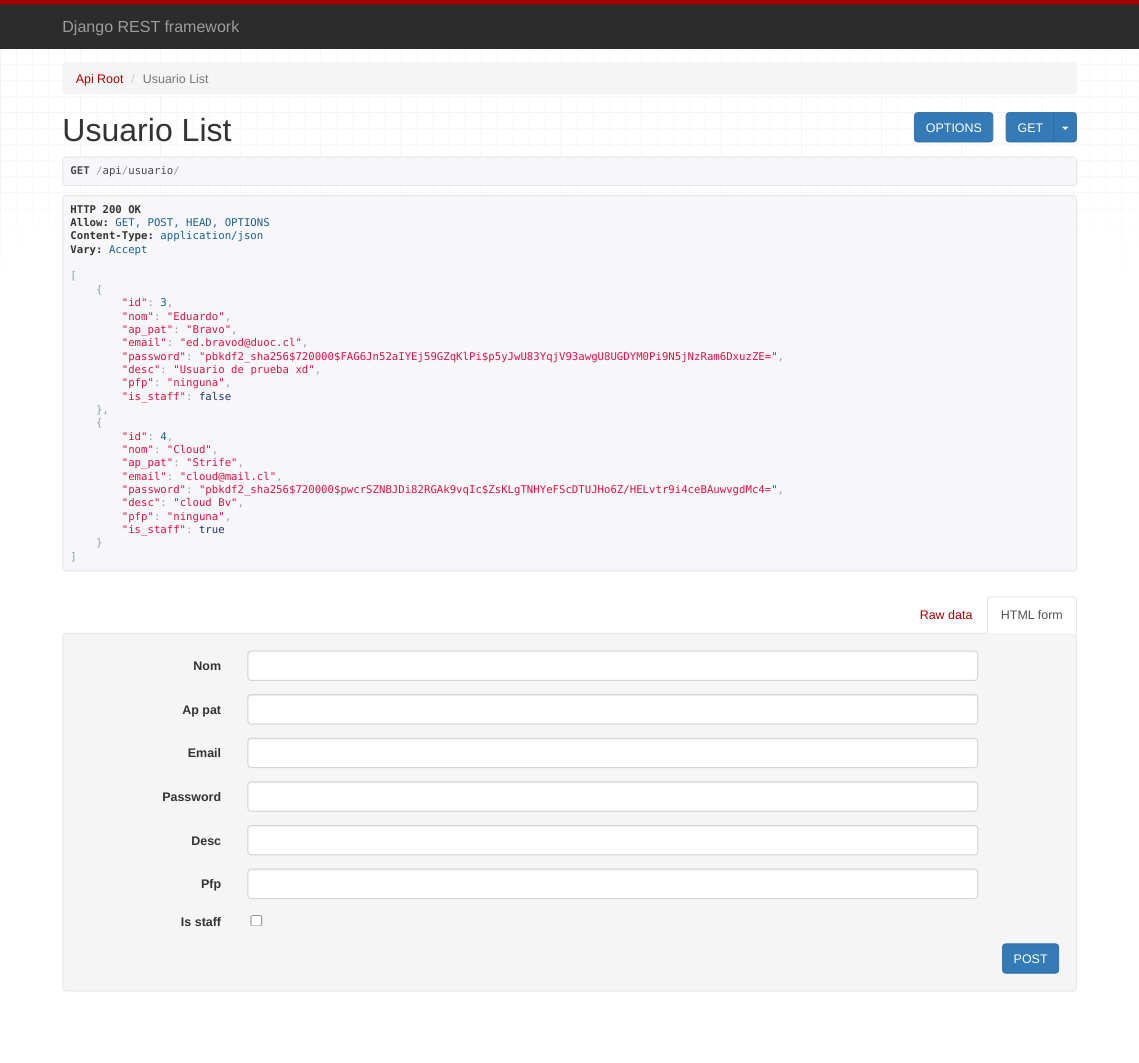
Repository: Eduloco420/django
Page: http://localhost/api/usuario/
These files come from the project's save history. The page is drawn as it stood at one moment and after the next save; the edit follows.
The browser window is 1280 px wide. The pictures show the whole page, at 89% of full size.
Backgrounds fixed to the window are drawn as part of the page. The page is served by the project's application, run on Django 5.2 (manage.py). Other server files are loaded and not shown. The page reads the database file committed with the project.

Above is the page before, as saved 2024-07-05 11:03:47.

### app/api.py
from .models import *
from rest_framework import viewsets, permissions
from .serializers import *

class usuarioViewSet(viewsets.ModelViewSet):
    queryset = Usuario.objects.all()
    permissions_classes = [permissions.AllowAny]
    serializer_class = usuarioSerializer

class arteViewSet(viewsets.ModelViewSet):
    queryset = Arte.objects.all()
    permissions_classes = [permissions.AllowAny]
    serializer_class = usuarioSerializer

### app/models.py
from django.db import models
from django.contrib.auth.models import AbstractBaseUser, UserManager, PermissionsMixin
from django.utils import timezone

# Create your models here.

class CustomUserManager(UserManager):
    def _create_user(self, email, password, **extra_fields):
        if not email:
            raise ValueError("favor ingresa un e-mail valido")

        email = self.normalize_email(email)
        user = self.model(email = email, **extra_fields)
        user.set_password(password)
        user.save(using=self._db)

        return user

    def create_user(self, email=None, password=None, **extra_fields):
        extra_fields.setdefault('is_staff', False)
        extra_fields.setdefault('is_superuser',False)
        return self._create_user(email,password,**extra_fields)

    def create_superuser(self, email=None, password=None, **extra_fields):
        extra_fields.setdefault('is_staff', True)
        extra_fields.setdefault('is_superuser',True)
        return self._create_user(email,password,**extra_fields)

class Usuario(AbstractBaseUser, PermissionsMixin):
    email = models.EmailField(default='', unique = True)

    nom = models.CharField(max_length=50, blank = True, null = True)
    ap_pat = models.CharField(max_length=50, blank = True, null = True)
    password = models.CharField(max_length=255)
    desc = models.CharField(max_length=400, blank = True, null = True)
    pfp = models.CharField(default="default.png", max_length=50, null= True)
    is_active = models.BooleanField(default=True)
    is_superuser = models.BooleanField(default=False)
    is_staff = models.BooleanField(default=False)

    date_joined = models.DateTimeField(default=timezone.now)
    last_login = models.DateTimeField(null=True, blank=True)


    objects = CustomUserManager()

    USERNAME_FIELD = 'email'
    EMAIL_FIELD = 'email'
    REQUIRED_FIELDS = []

    class Meta:
        verbose_name = 'User'
        verbose_name_plural = 'Users'

    def get_full_name(self):
        return self.nom

    def get_short_name(self):
        return self.nom or self.email.split('@')[0]




class Arte(models.Model):
    artista = models.ForeignKey(Usuario, on_delete=models.CASCADE)
    nom_arte = models.CharField(max_length=50)
    imagen_url = models.CharField(max_length=200)
    precio = models.IntegerField()
    desc = models.CharField(max_length=400)
    tec_usada = models.CharField(max_length=50)
    etiquetas = models.CharField(max_length=50)
    aprobado = models.BooleanField()
    vendido = models.BooleanField()

### app/serializers.py
from rest_framework import serializers
from .models import *

class usuarioSerializer(serializers.ModelSerializer):

    class Meta:
        model = Usuario
        fields = ('id','nom','ap_pat','email','password','desc','pfp','is_staff')

class arteSerializer(serializers.ModelSerializer):

    class Meta:
        model = Arte
        fields = ('id','nom_arte','imagen_url','precio','desc','tec_usada','etiquetas','aprobado','vendido')

### project/urls.py
"""
URL configuration for project project.

The `urlpatterns` list routes URLs to views. For more information please see:
    https://docs.djangoproject.com/en/5.0/topics/http/urls/
Examples:
Function views
    1. Add an import:  from my_app import views
    2. Add a URL to urlpatterns:  path('', views.home, name='home')
Class-based views
    1. Add an import:  from other_app.views import Home
    2. Add a URL to urlpatterns:  path('', Home.as_view(), name='home')
Including another URLconf
    1. Import the include() function: from django.urls import include, path
    2. Add a URL to urlpatterns:  path('blog/', include('blog.urls'))
"""
from django.contrib import admin
from django.urls import path, include, re_path
from app import views

urlpatterns = [
    path('admin/', admin.site.urls),
    re_path('login', views.login),
    re_path('register', views.register),
    re_path('profile', views.profile),
    path('', include('app.urls'))
]

### app/urls.py
from rest_framework import routers
from .api import *

router = routers.DefaultRouter()

router.register('api/usuario', usuarioViewSet, 'usuario')
router.register('api/arte', arteViewSet, 'arte')

urlpatterns = router.urls

### db.sqlite3 (the tables this page reads, as SQL)
CREATE TABLE "app_usuario" ("id" integer NOT NULL PRIMARY KEY AUTOINCREMENT, "email" varchar(254) NOT NULL UNIQUE, "nom" varchar(50) NULL, "ap_pat" varchar(50) NULL, "password" varchar(255) NOT NULL, "desc" varchar(400) NULL, "is_active" bool NOT NULL, "is_superuser" bool NOT NULL, "is_staff" bool NOT NULL, "date_joined" datetime NOT NULL, "last_login" datetime NULL, "pfp" varchar(50) NULL);
INSERT INTO "app_usuario" VALUES
(3, 'ed.bravod@duoc.cl', 'Eduardo', 'Bravo', 'pbkdf2_sha256$720000$FAG6Jn52aIYEj59GZqKlPi$p5yJwU83YqjV93awgU8UGDYM0Pi9N5jNzRam6DxuzZE=', 'Usuario de prueba xd', 1, 0, 0, '2024-07-05 06:29:34.891524', NULL, 'ninguna'),
(4, 'cloud@mail.cl', 'Cloud', 'Strife', 'pbkdf2_sha256$720000$pwcrSZNBJDi82RGAk9vqIc$ZsKLgTNHYeFScDTUJHo6Z/HELvtr9i4ceBAuwvgdMc4=', 'cloud Bv', 1, 0, 1, '2024-07-05 16:20:56.171258', NULL, 'ninguna');

After the next save:
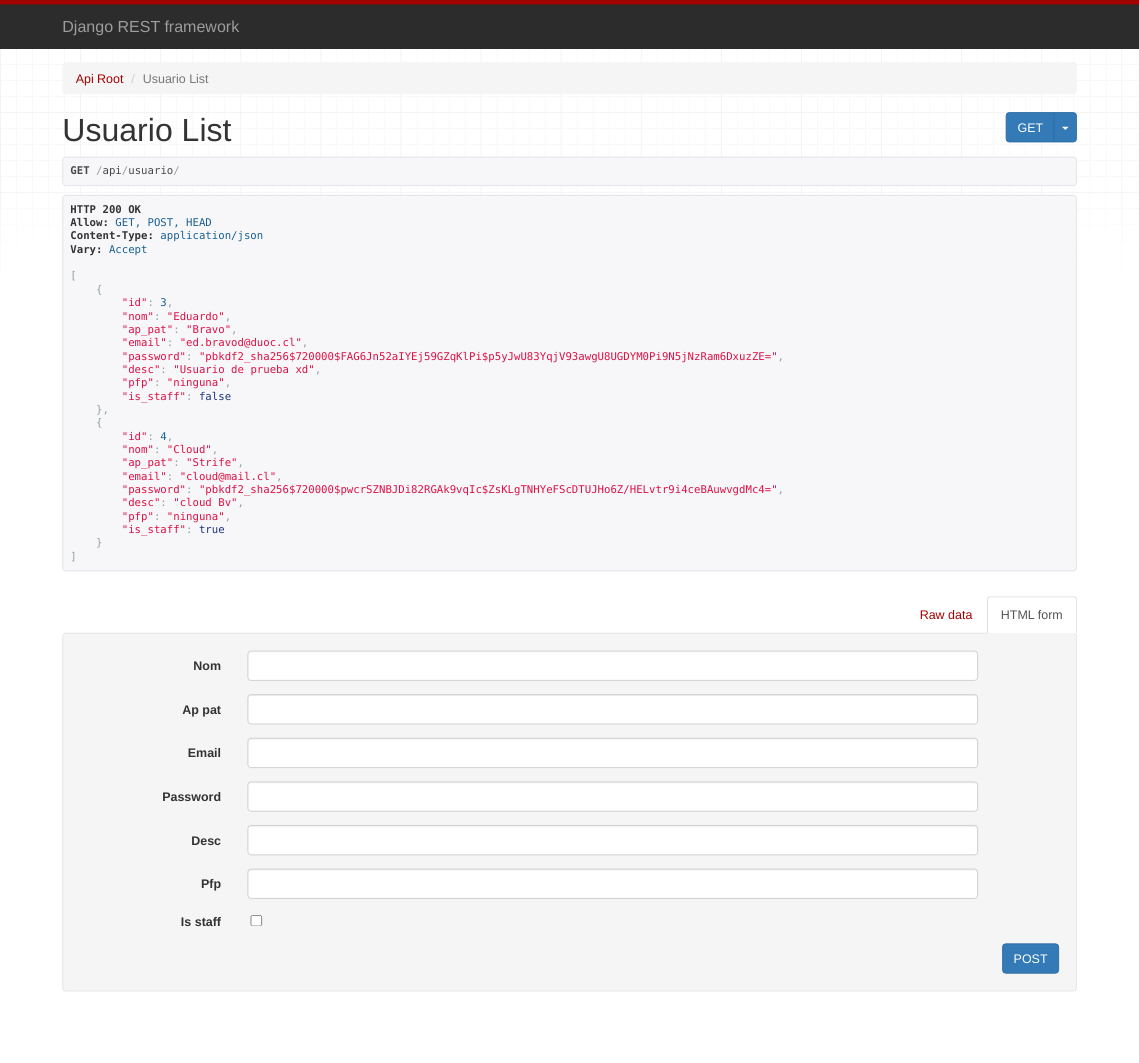
Saved 4 min 46 s later.
--- a/app/api.py
+++ b/app/api.py
@@ -6,8 +6,10 @@ class usuarioViewSet(viewsets.ModelViewSet):
     queryset = Usuario.objects.all()
     permissions_classes = [permissions.AllowAny]
     serializer_class = usuarioSerializer
+    http_method_names = ['get', 'post', 'head','put']
 
 class arteViewSet(viewsets.ModelViewSet):
     queryset = Arte.objects.all()
     permissions_classes = [permissions.AllowAny]
     serializer_class = usuarioSerializer
+    http_method_names = ['get', 'post', 'head','put','delete']
